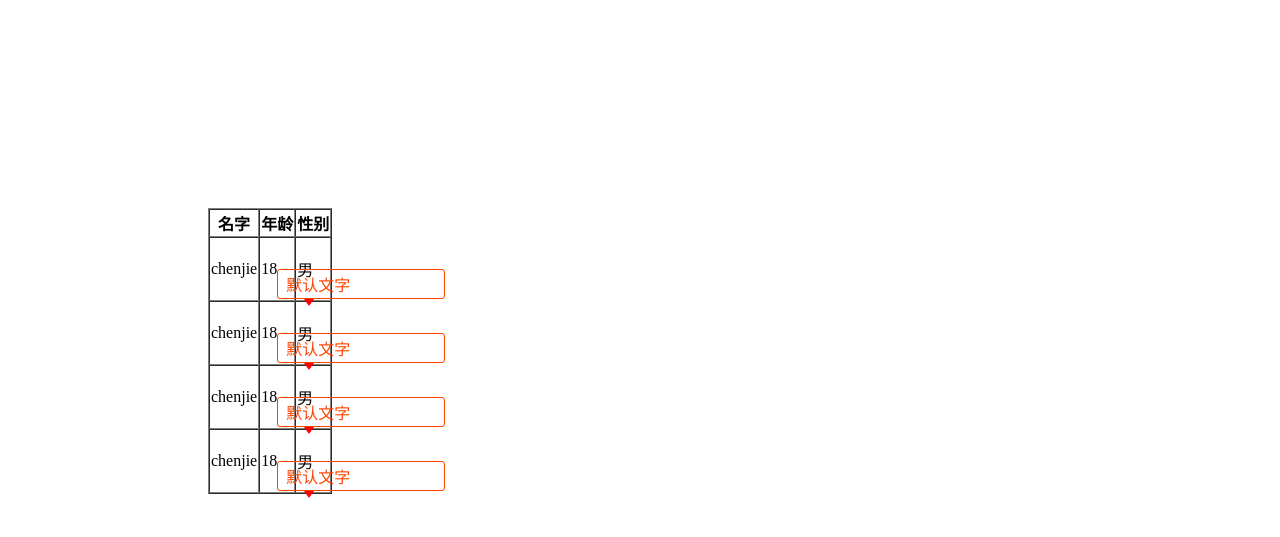
Repository: chenjieya/java
Page: index.html
These files come from the project's save history. The page is drawn as it stood at one moment and after the next save; the edit follows.
The browser window is 1280 px wide. The pictures show the whole page.

Above is the page before, as saved 2023-05-17 11:04:56.

### index.html
<!DOCTYPE html>
<html lang="en">
<head>
  <meta charset="UTF-8">
  <meta http-equiv="X-UA-Compatible" content="IE=edge">
  <meta name="viewport" content="width=device-width, initial-scale=1.0">
  <title>Document</title>
  <style>
    tr td {
      height: 60px;
    }

    /* tooltip弹框 */
    .tooltip {
      padding: 2px 8px;
      position: absolute;
      top: 50%;
      left: 50%;
      /* transform: translate(-50%, -50%); */
      color: #f40;
      border: 1px solid #f40;
      min-width: 150px;
      border-radius: 3px;
    }
    /* tooltip下方的三角 */
    .tooltip::after {
      content: '';
      position: absolute;
      bottom: -8px;
      left: 26px;
      width: 0;
      height: 0;
      border-left: 5px solid transparent;
      border-right: 5px solid transparent;
      border-top: 7px solid red;
    }
  </style>
</head>
<body style="padding: 200px;">
  <table border="1" cellspacing="0">
    <tr>
      <th>名字</th>
      <th>年龄</th>
      <th>性别</th>
    </tr>
    <tr>
      <td>chenjie</td>
      <td field="SEX">18</td>
      <td>男</td>
    </tr>
    <tr>
      <td>chenjie</td>
      <td field="SEX">18</td>
      <td>男</td>
    </tr>
    <tr>
      <td>chenjie</td>
      <td field="SEX">18</td>
      <td>男</td>
    </tr>
    <tr>
      <td>chenjie</td>
      <td field="SEX">18</td>
      <td>男</td>
    </tr>
  </table>
  <script>
    // 获取所有符合要求的td
    const Otd = document.querySelectorAll('td[field="SEX"]');

    // 遍历td，向td内部添加tooltip
    for(let i = 0; i < Otd.length; i++) {
      Otd[i].style.position = 'relative';
      toolTip(Otd[i]);
    }

    // 生成tooltip并添加到dom中
    function toolTip(dom, text='默认文字') {
      const oDiv = document.createElement('div');
      oDiv.classList.add('tooltip');
      oDiv.innerText = `${text}`;
      dom.appendChild(oDiv);
    }
  </script>
</body>
</html>

After the next save:
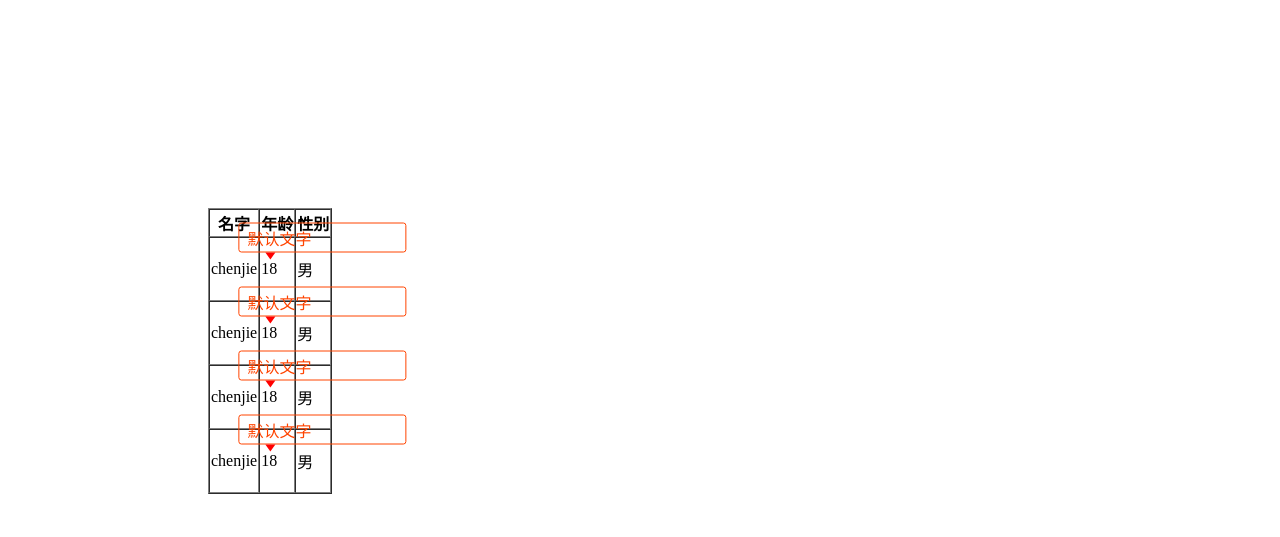
Saved 2 min 47 s later.
--- a/index.html
+++ b/index.html
@@ -16,7 +16,7 @@
       position: absolute;
       top: 50%;
       left: 50%;
-      /* transform: translate(-50%, -50%); */
+      transform: translate(-23%, -155%);
       color: #f40;
       border: 1px solid #f40;
       min-width: 150px;
